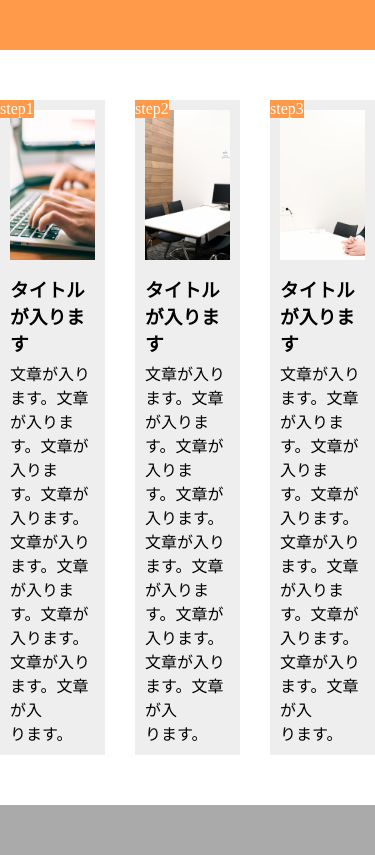
Repository: ryosei-110/HTML-CSS-
Page: KADAI-1/kadai-1.html
The author's editor kept a record of every edit. The page is drawn from the files as they stood at one moment, then again after the next edit.
The browser window is 375 px wide. The pictures show the whole page.

Above is the page before.

After the next edit:
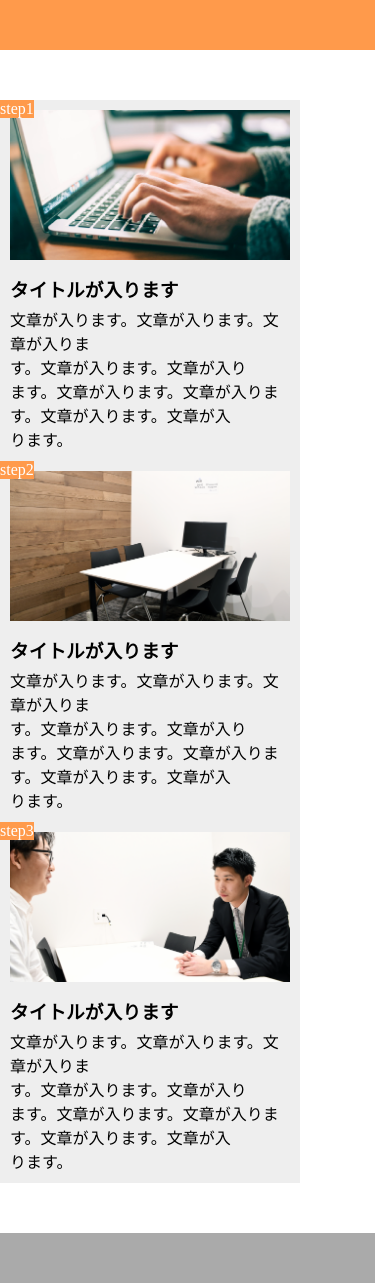
The edit:
--- a/KADAI-1/kadai-1.css
+++ b/KADAI-1/kadai-1.css
@@ -86,7 +86,9 @@
 }
 
 main {
-  width: 100%
+  width: 100%;
+  display: block;
+
 }
 
 
